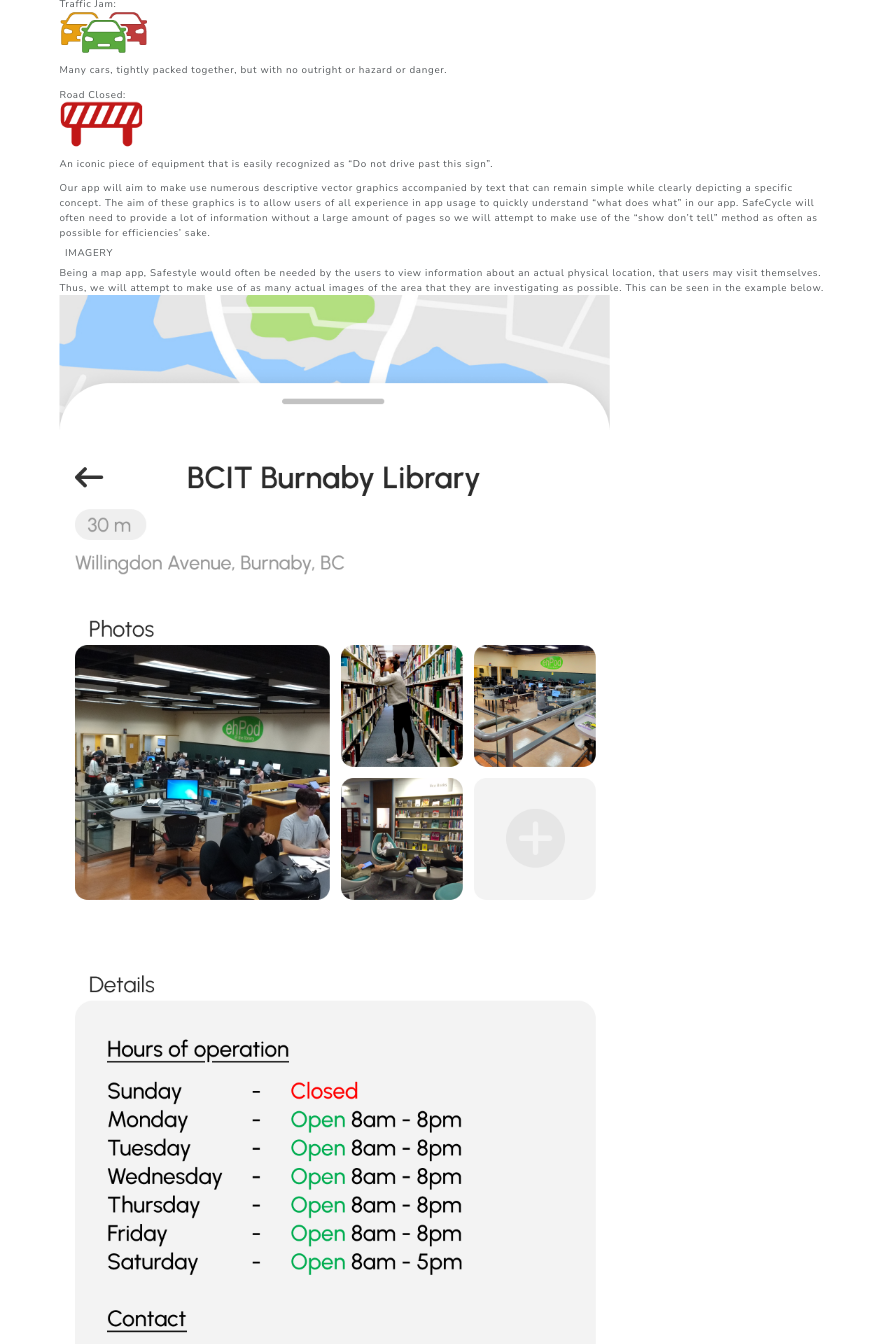
Repository: Aladdin3r/safecycle-styleguide
Page: /
An editor plug-in stored every save of this project. The page is shown before and after the next save, followed by the edit.
The browser window is 1280 px wide. The pictures show the part of the page from y = 3228 to 5148 px (the page is 5483 px tall before and 5469 px after), at 70% of full size.
The project was rebuilt for these pictures with package versions that can differ from the ones it lists, and the page was loaded fresh each time. The framework's server and built-in components were replaced by stand-ins that run in the browser. Also part of the build but not shown: next.config.mjs.

Above is the page before, as saved 2024-04-09 22:23:01.

After the next save:
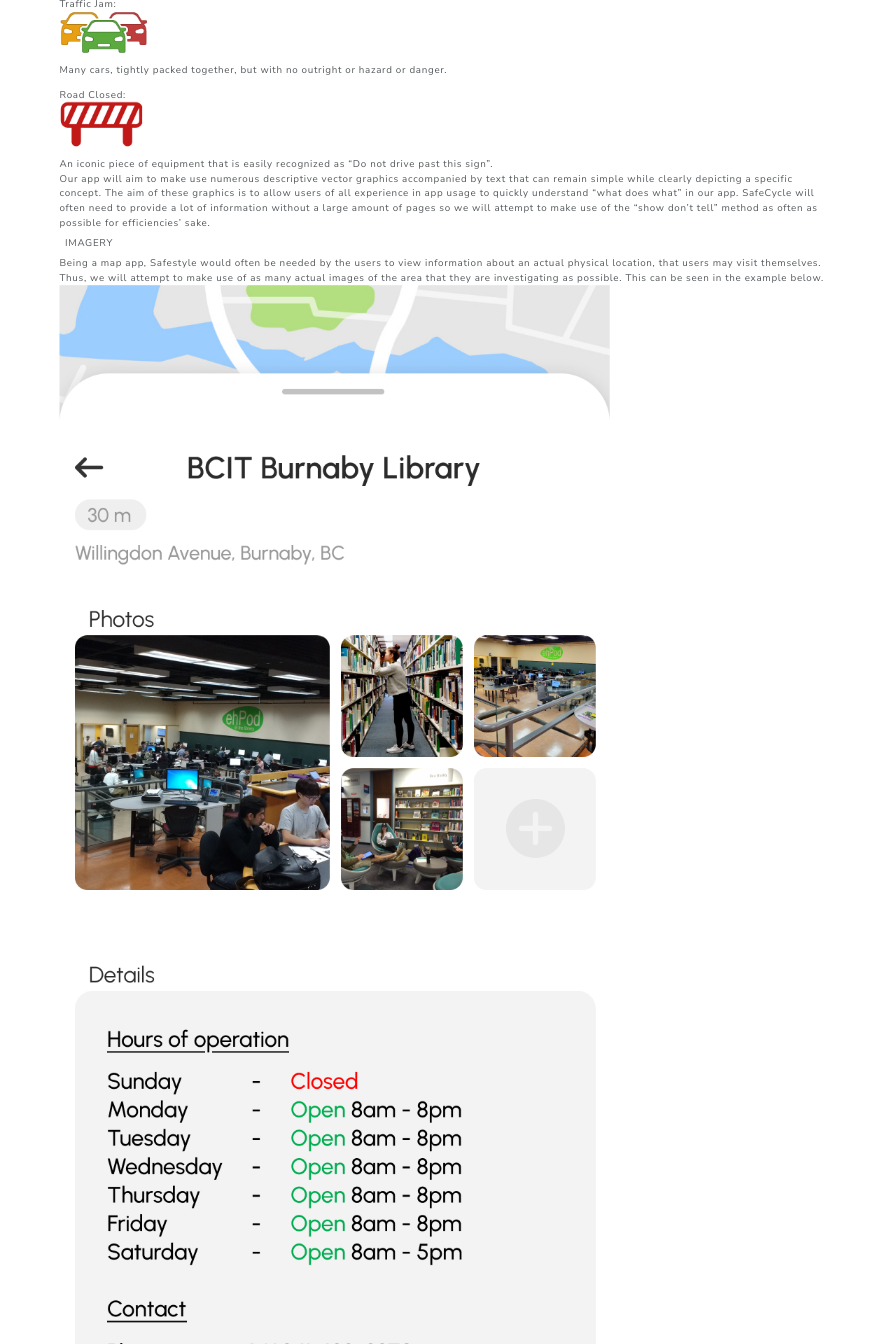
Saved 31 s later.
--- a/pages/index.js
+++ b/pages/index.js
@@ -188,7 +188,7 @@
         <div className={styles.graphicName}>Road Closed:</div>
         <img class="RoadClosed" src="/RoadClosed.png" alt="Raod Closed"></img>
         <div className={styles.graphicDesc}>An iconic piece of equipment that is easily recognized as “Do not drive past this sign”.</div>
-        <div className={styles.graphicDesc}>Our app will aim to make use numerous descriptive vector graphics accompanied by text that can remain simple while clearly depicting a specific concept. The aim of these graphics is to allow users of all experience in app usage to quickly understand “what does what” in our app. SafeCycle will often need to provide a lot of information without a large amount of pages so we will attempt to make use of the “show don’t tell” method as often as possible for efficiencies’ sake.</div>
+        <div className={styles.graphicExpl}>Our app will aim to make use numerous descriptive vector graphics accompanied by text that can remain simple while clearly depicting a specific concept. The aim of these graphics is to allow users of all experience in app usage to quickly understand “what does what” in our app. SafeCycle will often need to provide a lot of information without a large amount of pages so we will attempt to make use of the “show don’t tell” method as often as possible for efficiencies’ sake.</div>
         <div  class="p-2">IMAGERY</div>
         <div>Being a map app, Safestyle would often be needed by the users to view information about an actual physical location, that users may visit themselves. Thus, we will attempt to make use of as many actual images of the area that they are investigating as possible. This can be seen in the example below.</div>
         <img class="locationPage" src="/locationPage.png" alt="Location Page"></img>
